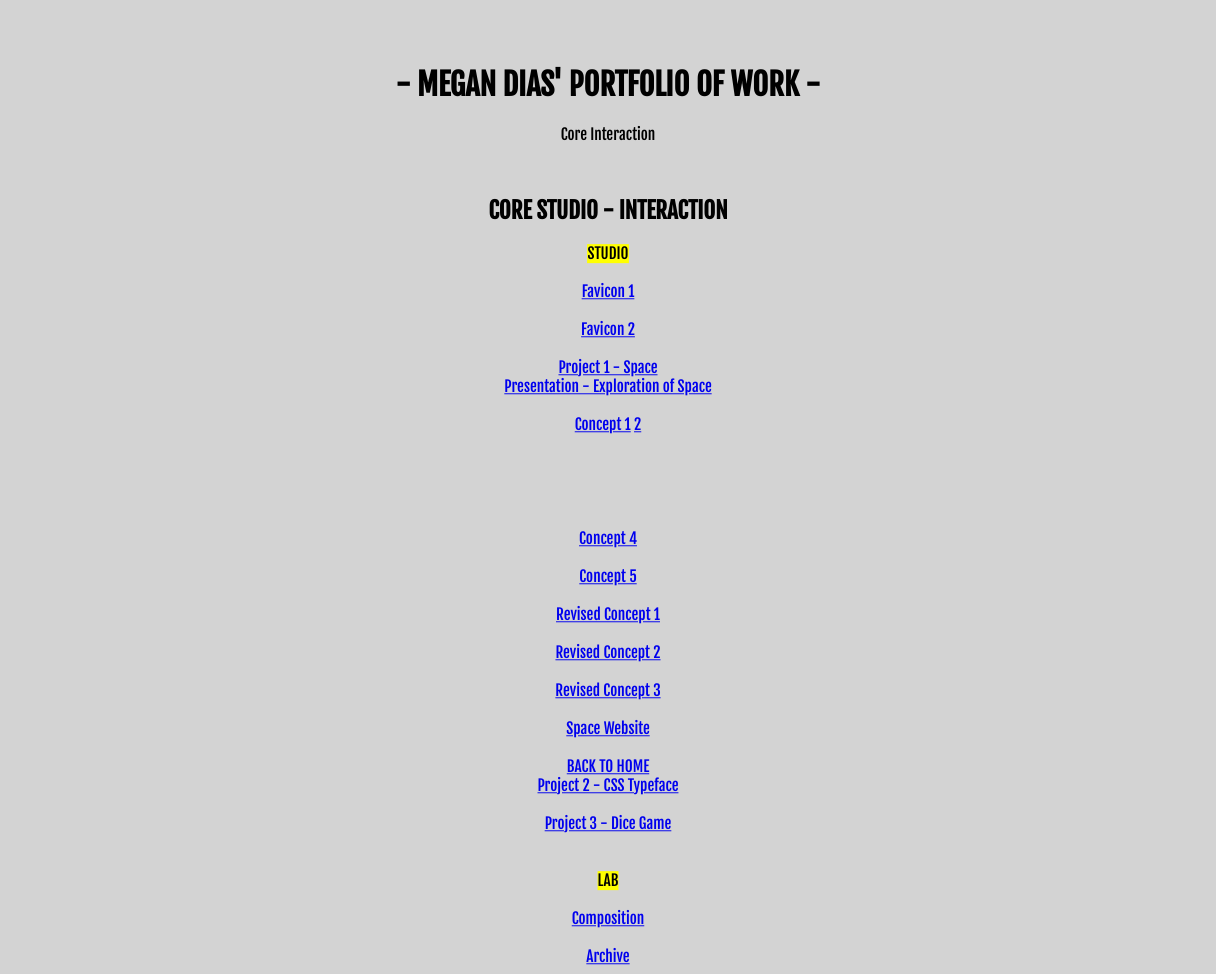
Repository: diasm568/diasm568.github.io
Page: index.html
The author's editor kept a record of every edit. The page is drawn from the files as they stood at one moment, then again after the next edit.
The browser window is 1280 px wide. The pictures show the whole page, at 95% of full size.

Above is the page before.

After the next edit:
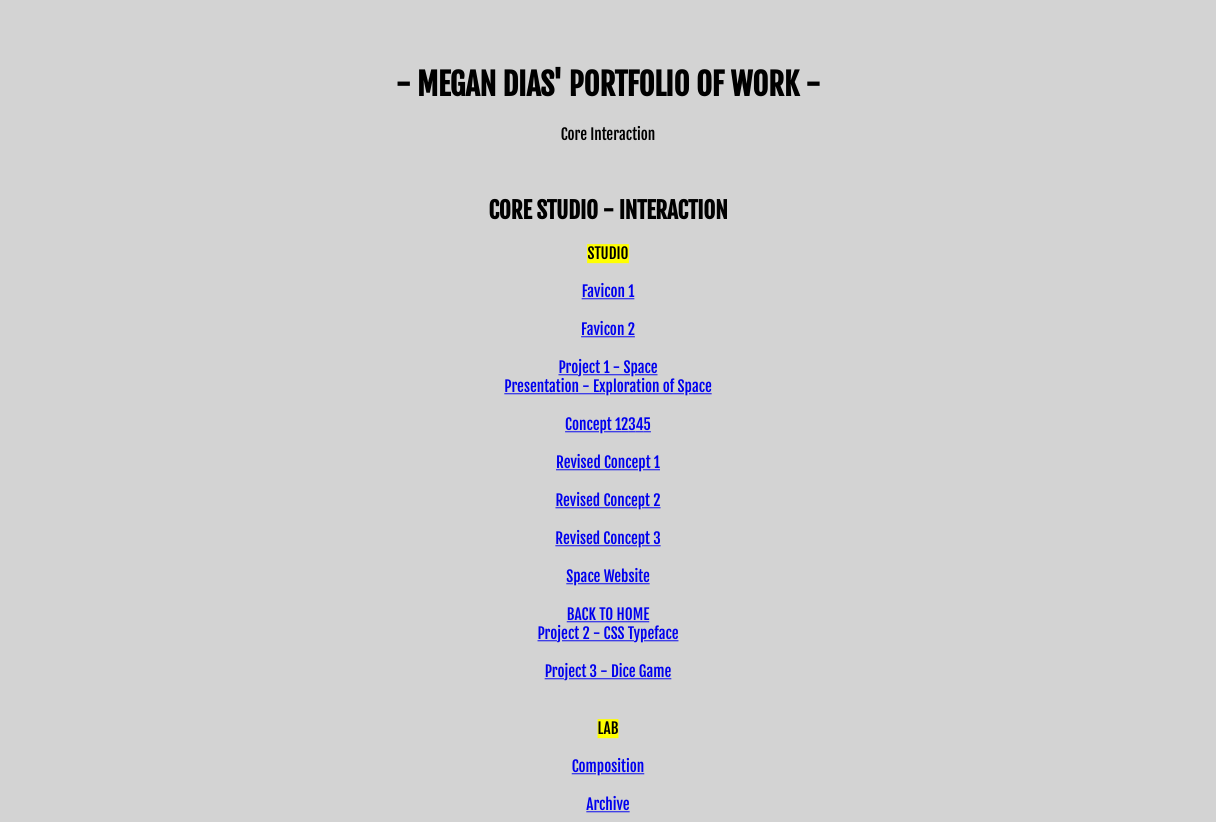
The edit:
--- a/index.html
+++ b/index.html
@@ -26,17 +26,7 @@
         <a href="presentation.pdf">Presentation - Exploration of Space</a>
         <br>
         <br>
-        <a href="concept1.pdf">Concept 1</a> <a href="concept2.pdf">2</a>
-        <br>
-        <br>
-        <br>
-        <br>
-        <br>
-        <br>
-        <a href="concept4.pdf">Concept 4</a>
-        <br>
-        <br>
-        <a href="concept5.pdf">Concept 5</a>
+        <a href="concept1.pdf">Concept 1</a><a href="concept2.pdf">2</a><a href="concept3.pdf">3</a><a href="concept4.pdf">4</a><a href="concept5.pdf">5</a>
         <br>
         <br>
         <a href="revisedconcept1.pdf">Revised Concept 1</a>
